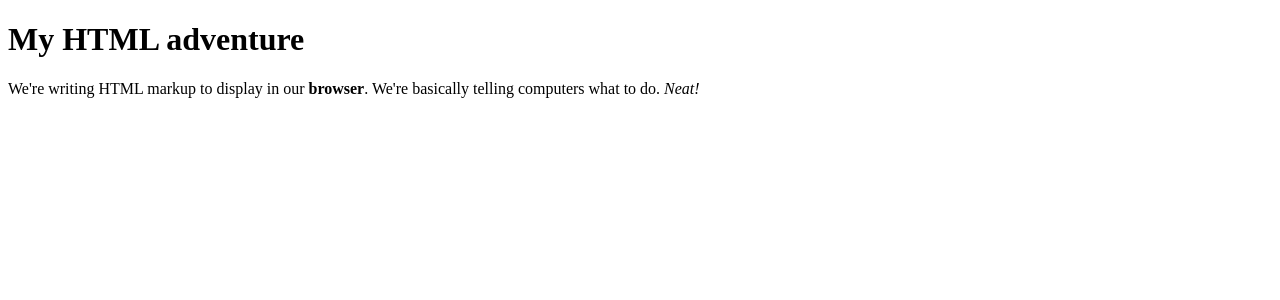
Repository: annferracane/phase-0-the-dom-editing-lab
Page: index.html
These files come from the project's save history. The page is drawn as it stood at one moment and after the next save; the edit follows.
The browser window is 1280 px wide. The pictures show the whole page.

Above is the page before, as saved 2022-11-11 10:19:37.

### index.html
<!-- Write your code here! -->
<!DOCTYPE html>
<html lang="en">
  <head>
    <meta charset="UTF-8" />
    <meta name="viewport" content="width=device-width, initial-scale=1.0" />
    <meta http-equiv="X-UA-Compatible" content="ie=edge" />
    <title>Introduction to the DOM Lab</title>
  </head>
  <body>
    <!--All our work for this lesson will go here-->
    <h1>My HTML adventure</h1>
    <p>
        We're writing HTML markup to display in our <strong>browser</strong>. We're
        basically telling computers what to do. <em>Neat!</em>
    </p>
  </body>
</html>

After the next save:
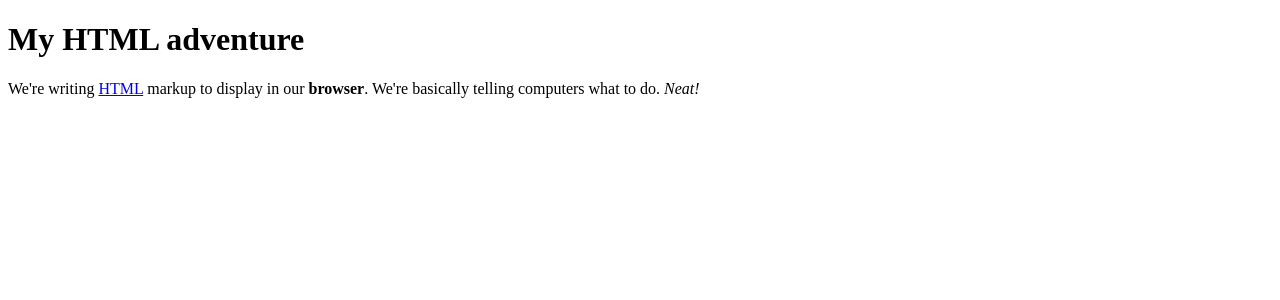
Saved 2 min 34 s later.
--- a/index.html
+++ b/index.html
@@ -11,7 +11,8 @@
     <!--All our work for this lesson will go here-->
     <h1>My HTML adventure</h1>
     <p>
-        We're writing HTML markup to display in our <strong>browser</strong>. We're
+        We're writing <a href="https://developer.mozilla.org/en-US/docs/Web/HTML">HTML</a> markup to
+        display in our <strong>browser</strong>. We're
         basically telling computers what to do. <em>Neat!</em>
     </p>
   </body>
